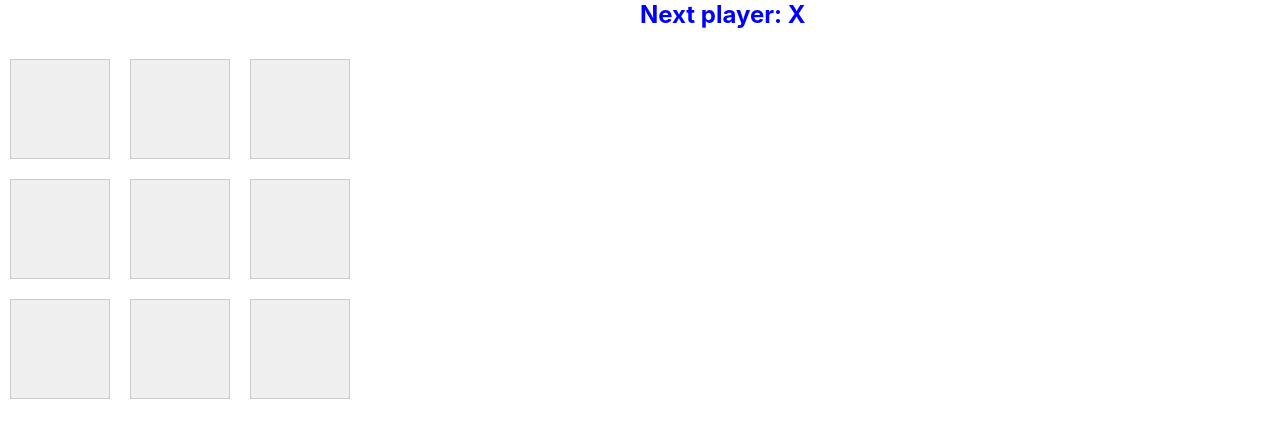
Repository: sedat-akdogan/React_Revision
Page: / (app in tic-tac-toe/)
The author's editor kept a copy of each file at every save. The page is drawn from the files as they stood at one save, then again after the next save.
The browser window is 1280 px wide. The pictures show the whole page.
The project was rebuilt for these pictures with package versions that can differ from the ones it lists, and the page was loaded fresh each time.

Above is the page before, as saved 2023-05-13 00:40:22.

### tic-tac-toe/src/index.css
body {
    margin: 0;
    font-family: -apple-system, BlinkMacSystemFont, 'Segoe UI', 'Roboto', 'Oxygen',
        'Ubuntu', 'Cantarell', 'Fira Sans', 'Droid Sans', 'Helvetica Neue',
        sans-serif;
    -webkit-font-smoothing: antialiased;
    -moz-osx-font-smoothing: grayscale;
}

code {
    font-family: source-code-pro, Menlo, Monaco, Consolas, 'Courier New',
        monospace;
}

.square {
    width: 100px;
    height: 100px;
    font-size: 24px;
    border: 1px solid #ccc;
    display: inline-block;
    justify-content: center;
    align-items: center;
}

.board-row {

    display: flex;
}

.board-row .square {
    margin: 10px;
}

.board-row:last-child .square {
    margin-bottom: 0;
}

.status {
    color: blue;
    font-size: 24px;
    margin-bottom: 20px;
    margin-left: 50%;
    font-weight: bold;
}

### tic-tac-toe/src/App.js
import { useState } from 'react';


function Square({ value, onSquareClick }) {
    return (
        <button className="square" onClick={onSquareClick}>
            {value}
        </button>
    );
}

export default function Board() {
    const [xIsNext, setXIsNext] = useState(true);
    const [squares, setSquares] = useState(Array(9).fill(null));

    function handleClick(i) {
        if (squares[i] || calculateWinner(squares)) {
            return;
        }
        const nextSquares = squares.slice();
        if (xIsNext) {
            nextSquares[i] = 'X';
        } else {
            nextSquares[i] = 'O';
        }
        setSquares(nextSquares);
        setXIsNext(!xIsNext);
    }

    const winner = calculateWinner(squares);
    let status;
    if (winner) {
        status = "Winner: " + winner;
    } else {
        status = "Next player: " + (xIsNext ? "X" : "O");
    }

    return (
        <>
            <div className="status">{status}</div>
            <div className="board-row">
                <Square value={squares[0]} onSquareClick={() => handleClick(0)} />
                <Square value={squares[1]} onSquareClick={() => handleClick(1)} />
                <Square value={squares[2]} onSquareClick={() => handleClick(2)} />
            </div>
            <div className="board-row">
                <Square value={squares[3]} onSquareClick={() => handleClick(3)} />
                <Square value={squares[4]} onSquareClick={() => handleClick(4)} />
                <Square value={squares[5]} onSquareClick={() => handleClick(5)} />
            </div>
            <div className="board-row">
                <Square value={squares[6]} onSquareClick={() => handleClick(6)} />
                <Square value={squares[7]} onSquareClick={() => handleClick(7)} />
                <Square value={squares[8]} onSquareClick={() => handleClick(8)} />
            </div>
        </>
    );
}

function calculateWinner(squares) {
    const lines = [
        [0, 1, 2],
        [3, 4, 5],
        [6, 7, 8],
        [0, 3, 6],
        [1, 4, 7],
        [2, 5, 8],
        [0, 4, 8],
        [2, 4, 6]
    ];
    for (let i = 0; i < lines.length; i++) {
        const [a, b, c] = lines[i];
        if (squares[a] && squares[a] === squares[b] && squares[a] === squares[c]) {
            return squares[a];
        }
    }
    return null;
}

Loaded but not shown: tic-tac-toe/public/index.html (common file); tic-tac-toe/src/index.js (common file); tic-tac-toe/src/reportWebVitals.js (common file)

After the next save:
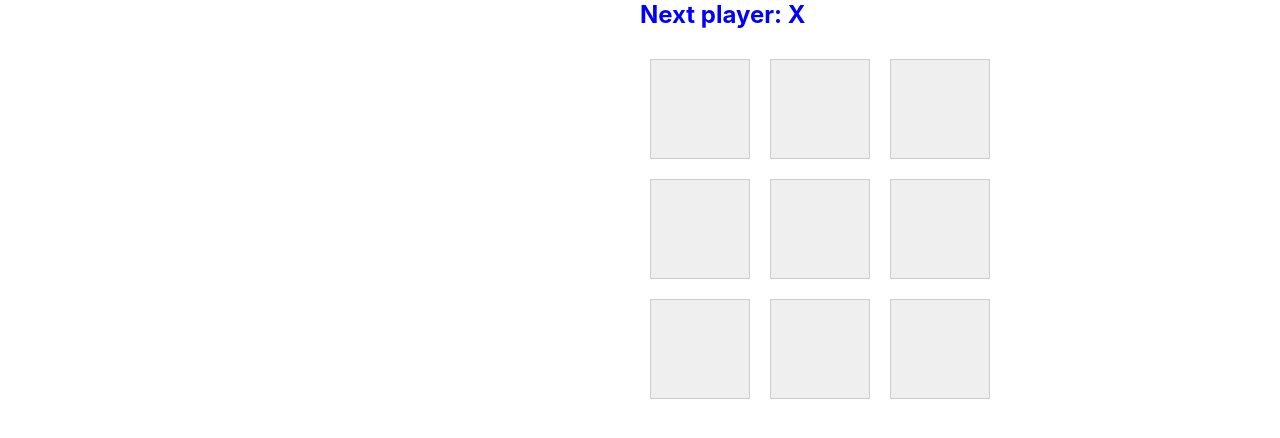
Saved 9 s later.
--- a/tic-tac-toe/src/index.css
+++ b/tic-tac-toe/src/index.css
@@ -23,7 +23,7 @@ code {
 }
 
 .board-row {
-
+    margin-left: 50%;
     display: flex;
 }
 
